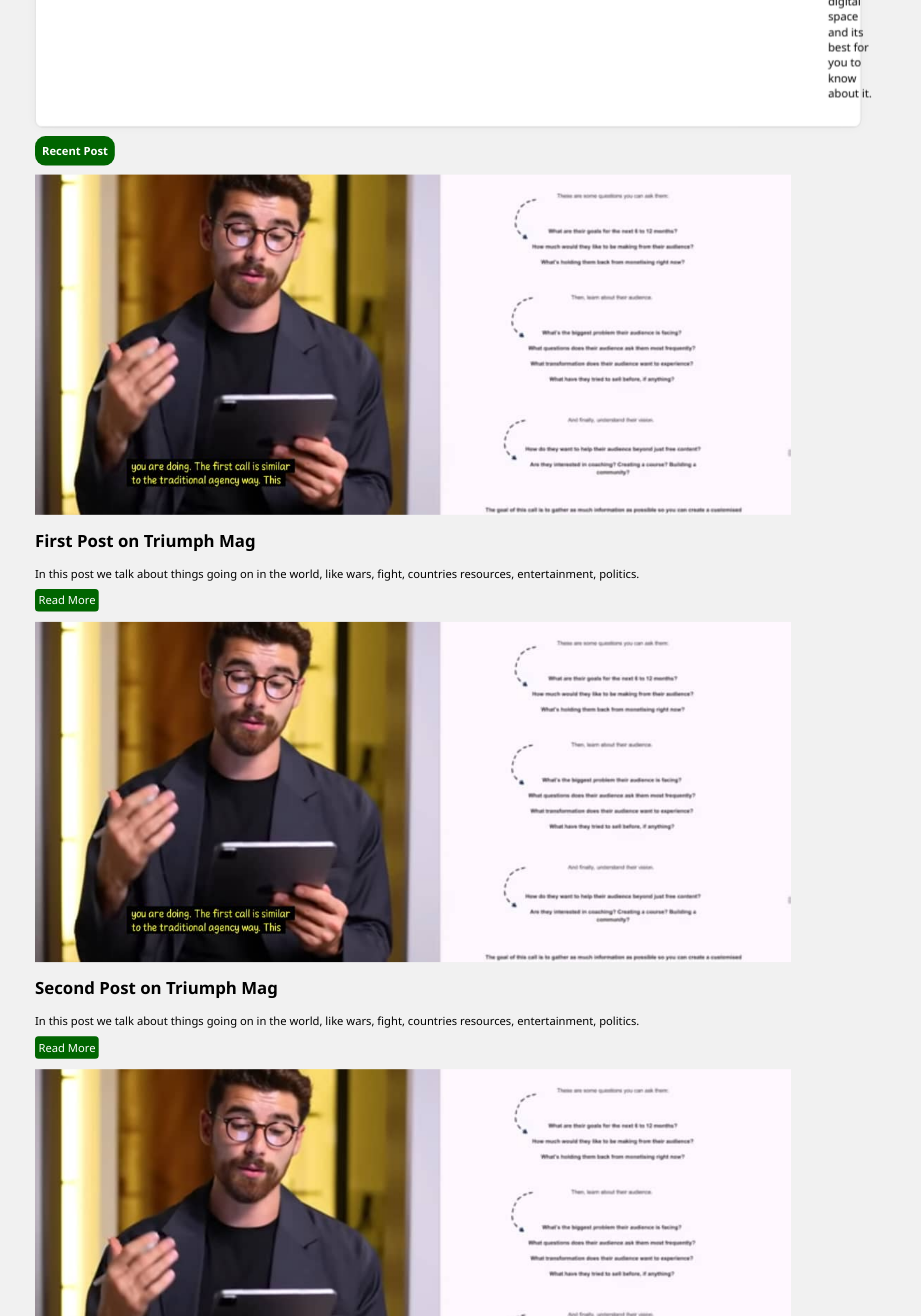
Repository: zikcolle/Triumph-Blog
Page: index.html
An editor plug-in stored every save of this project. The page is shown before and after a run of saves, followed by the edit.
The browser window is 1280 px wide. The page is 1316 px wide, so the pictures cover 1316 px, including what lies to the right of the window. The pictures show the part of the page from y = 868 to 2748 px (the page is 5301 px tall before and 5823 px after), at 70% of full size.

Above is the page before, as saved 2026-06-22 15:06:41.

### index.html
<!DOCTYPE html>
<html lang="en">

<head>
    <meta charset="UTF-8">
    <meta name="viewport" content="width=device-width, initial-scale=1.0">
    <title>Triumph Magazine</title>
    <link rel="stylesheet" href="styles.css">
</head>

<body>
    <header>
        <nav>
            <div class="logo">Triumph Magazine</div>
            <div class="hamburger" onclick="toggleMenu()">
                <svg width="30" height="30">
                    <line x1="3" y1="5" x2="27" y2="5" stroke="black" stroke-width="3" />
                    <line x1="3" y1="15" x2="27" y2="15" stroke="black" stroke-width="3" />
                    <line x1="3" y1="25" x2="27" y2="25" stroke="black" stroke-width="3" />
                </svg>


            </div>
            <ul id="nav-links">
                <li><a href="#">Home</a></li>
                <li><a href="/about-us">About</a></li>
                <li><a href="/contact-us">Contact</a></li>
            </ul>
        </nav>
    </header>


    <main>
        <section>
            <div>
                <h2 class="label-post">Trending Post 🔥</h2>
            </div>
            <div class="feat-post">
                <img src="simage\postiman.jpeg">
                <h1>How to make mony online as a beginner</h1>
                <p>In this post you would learn how to make money as a beginner as we delve into 20 ways you can earn
                    using your phone and the internet. These methods have been proven by millions of people in the
                    digital space and its best for you to know about it.</p>
                <a href="#" class="read-more">Read More</a>
            </div>
        </section>

        <section>
            <div>
                <h2 class="label-post" id="post-label">Recent Post</h2>
            </div>

            <div class="post-grid">
                <div class="blog-post">
                    <img src="simage\postiman.jpeg">
                    <h1>First Post on Triumph Mag</h1>
                    <p>In this post we talk about things going on in the world, like wars, fight, countries resources,
                        entertainment, politics.</p>
                    <a href="#" class="read-more">Read More</a>
                </div>

                <div class="blog-post">
                    <img src="simage\postiman.jpeg">
                    <h1>Second Post on Triumph Mag</h1>
                    <p>In this post we talk about things going on in the world, like wars, fight, countries resources,
                        entertainment, politics.</p>
                    <a href="#" class="read-more">Read More</a>
                </div>

                <div class="blog-post">
                    <img src="simage\postiman.jpeg">
                    <h1>Third Post on Triumph Mag</h1>
                    <p>In this post we talk about things going on in the world, like wars, fight, countries resources,
                        entertainment, politics.</p>
                    <a href="#" class="read-more">Read More</a>
                </div>

                <div class="blog-post">
                    <img src="simage\postiman.jpeg">
                    <h1>Fourth Post on Triumph Mag</h1>
                    <p>In this post we talk about things going on in the world, like wars, fight, countries resources,
                        entertainment, politics.</p>
                    <a href="#" class="read-more">Read More</a>
                </div>

                <div class="blog-post">
                    <img src="simage\postiman.jpeg">
                    <h1>Fifth Post on Triumph Mag</h1>
                    <p>In this post we talk about things going on in the world, like wars, fight, countries resources,
                        entertainment, politics.</p>
                    <a href="#" class="read-more">Read More</a>
                </div>

                <div class="blog-post">
                    <img src="simage\postiman.jpeg">
                    <h1>Sixth Post on Triumph Mag</h1>
                    <p>In this post we talk about things going on in the world, like wars, fight, countries resources,
                        entertainment, politics.</p>
                    <a href="#" class="read-more">Read More</a>
                </div>

            </div>
        </section>
        <a href="/blog" class="view-more">View More Posts</a>
        <section>
            <h2 class="label-post">Related Posts</h2>
            <div class="rel-post">
                <img src="simage\postiman.jpeg">
                <p><a href="/blog">Sixth Post on Triumph Mag</a></p>
            </div>
        </section>
    </main>

    <footer>
        <h2>Triumph Magazine</h2>
        <p>© 2026 Triumph Magazine. All rights reserved.</p>
    </footer>

</body>

</html>

<script>
    function toggleMenu() {
        document.getElementById('nav-links').classList.toggle('active');
    }
</script>

### styles.css
body {
    background-color: rgb(241, 241, 241);
    color: rgb(0, 0, 0);
    font-family:'Segoe UI', Tahoma, Geneva, Verdana, sans-serif;
    padding: 0;
    margin: 0;

}

header {
    position: relative;
    z-index: 100;
    background-color: rgba(255,255,255,0.92);
    padding: 10px 20px;
    border-bottom: 1px solid rgba(0, 0, 0, 0.108);
    backdrop-filter: blur(20px) saturate(180%);
    -webkit-backdrop-filter: blur(20px) saturate(180%);
    box-shadow: 0 1px 0 rgba(0,0,0,0.04), 0 2px 16px rgba(0,0,0,0.04);
    color: rgb(0, 101, 0);
    width: 100%;
    box-sizing: border-box;
}

nav {
    display: flex;
    justify-content: space-between;
    align-items: center;
}

nav ul {
    list-style: none;
    display: flex;
    gap: 20px;
    margin: 0;
    padding: 0;
}

nav ul li a {
    text-decoration: none;
    color: rgb(0, 0, 0);
}

nav a:hover {
    color: rgb(0, 101, 0);
    text-decoration: underline;
}

.hamburger {
    display: none;
    font-size: 24px;
}

@media (max-width: 768px) {
    nav ul {
        display: none;
        flex-direction: column;
        position: absolute;
        top: 60px;
        right: 0;
        background: rgb(255, 255, 255);
        width: 100%;
        text-align: center;
        padding: 20px;
        box-shadow: 0 2px 5px rgba(0, 0, 0, 0.1);
        z-index: 1000;
    }

    nav ul.active {
        display: flex !important;
    }

    nav ul li {
        margin: 10px 0;
    }

    .hamburger {
        display: block;
        cursor: pointer;
    }
}

main {
    padding: 50px;
}

@media (min-width: 768px) {
    main {
        padding: 50px;
    }
}

img, svg, video, canvas, iframe {
  max-width: 100%;
  height: auto;
  display: block;
}

.label-post {
    background-color: rgb(0, 101, 0);
    color: rgb(255, 255, 255);
    max-width: fit-content;
    padding: 10px;
    border-radius: 15px;
    font-size: 1rem;
}

.feat-post {
    display: flex;
    flex-direction: column;
    gap: 15px;
    background-color: rgb(255, 255, 255);
    border: 1px solid rgba(0, 0, 0, 0.129);
    max-width: 100%;
    height: auto;
    align-items: center;
    border-radius: 10px;
    backdrop-filter: blur(20px) saturate(180%);
    -webkit-backdrop-filter: blur(20px) saturate(180%);
    box-shadow: 0 1px 0 rgba(0,0,0,0.04), 0 2px 16px rgba(0,0,0,0.04);
    padding: 20px;
    image-rendering: auto;
    justify-content: center;
}

@media (min-width: 768px) {
    .feat-post {
        flex-direction: row;
        align-items: center;
    }
}

.read-more {
    background-color: rgb(0, 101, 0);
    color: rgb(255, 255, 255);
    text-decoration: none;
    max-width: fit-content;
    padding: 5px;
    border-radius: 5px;
}

.post-grid {
    display: grid;
    grid-template-columns: repeat(auto-fit, minmax(600px, 1fr));
    gap: 20px;
}

@media (min-width)


.blog-post {
    background-color: rgb(255, 255, 255);
    border: 1px solid rgba(0, 0, 0, 0.129);
    border-radius: 10px;
    padding: 20px;
    margin: 5px;
    line-height: 2;
}

.view-more {
    background-color: rgb(0, 101, 0);
    color: rgb(255, 255, 255);
    text-decoration: none;
    display: inline-block;
    padding: 10px 24px;
    margin: 10px 0;
    border-radius: 5px;
}

.rel-post {
   display: flex;
   align-items: center;
   gap: 20px;
   background-color: rgb(255, 255, 255);
   width: 100%;
   max-width: 500px;
   padding: 10px;
   border: 1px solid rgba(0, 0, 0, 0.129);
   border-radius: 5px;
   backdrop-filter: blur(20px) saturate(180%);
   -webkit-backdrop-filter: blur(20px) saturate(180%);
   box-shadow: 0 1px 0 rgba(0,0,0,0.04), 0 2px 16px rgba(0,0,0,0.04);
}

.rel-post img {
    width: 100px;
    aspect-ratio: 16 / 9;
    object-fit: cover;
}

After the next 7 saves:
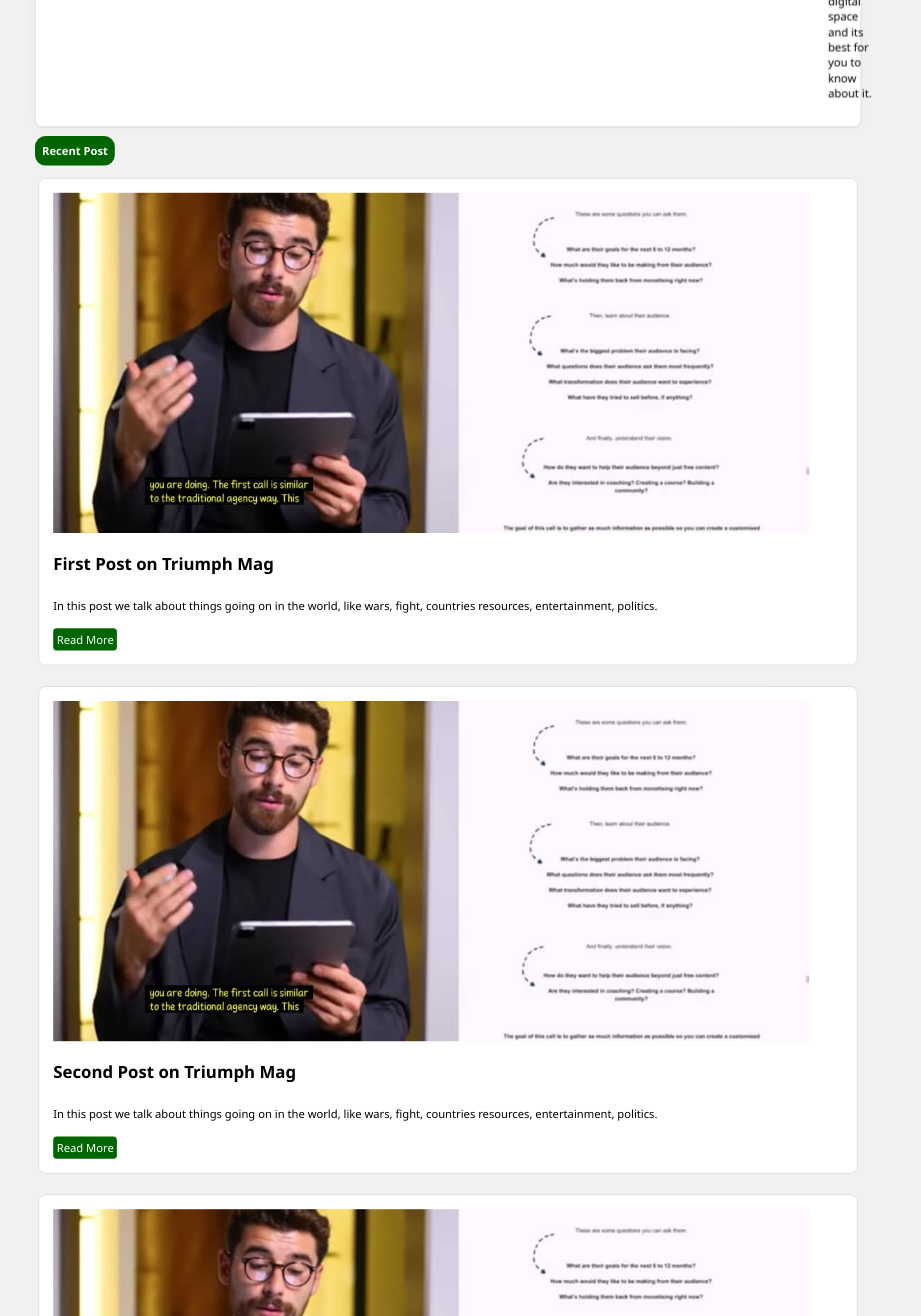
The 7 saves are shown as one change because they came seconds apart.
The last was saved 15 s later.
--- a/styles.css
+++ b/styles.css
@@ -144,7 +144,13 @@ img, svg, video, canvas, iframe {
     gap: 20px;
 }
 
-@media (min-width)
+@media (min-width: 768pcx) {
+    .post-grid {
+    display: grid;
+    grid-template-columns: repeat(auto-fit, minmax(600px, 1fr));
+    gap: 20px;
+}
+}
 
 
 .blog-post {
